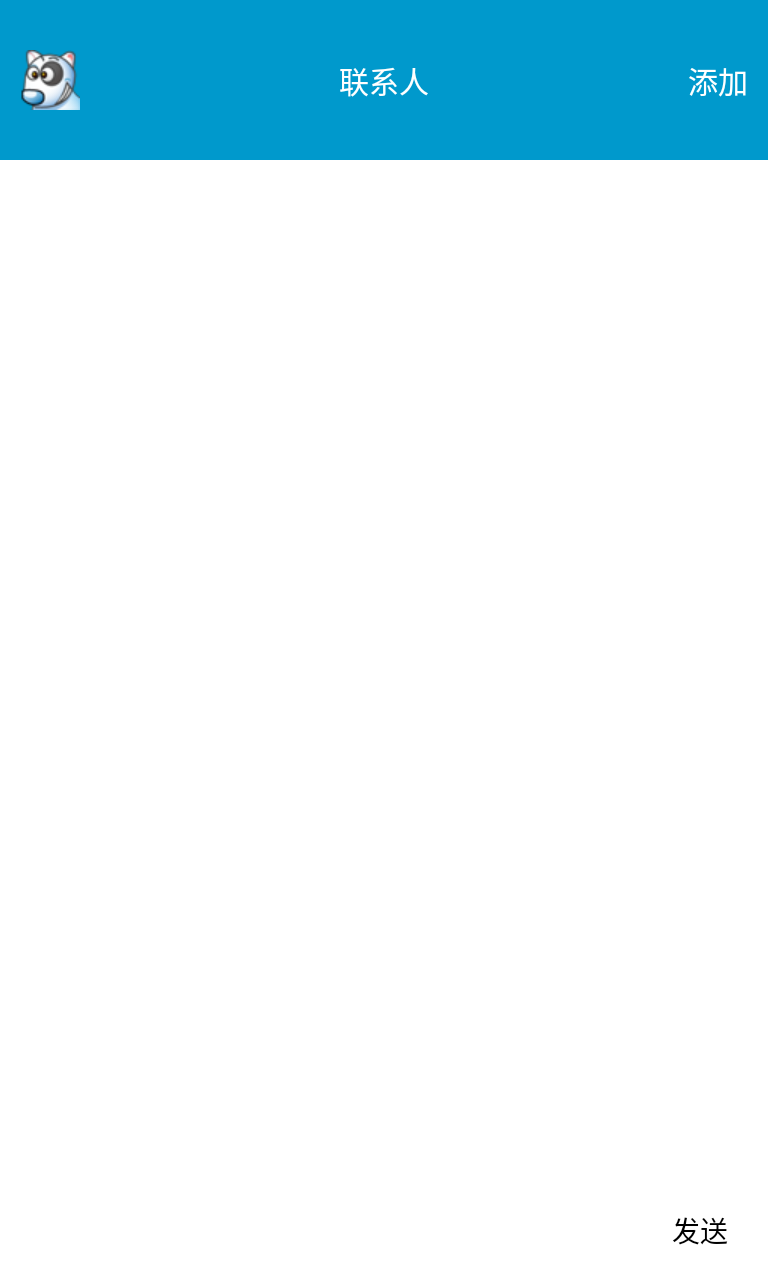
Repository: fanloveoupao/WecharTest
Layout: TestWechar/res/layout/interfce_char.xml
The author's editor kept a copy of each file at every save. The layout is drawn from the files as they stood at one save, then again after a run of saves.
It is drawn on a 768 x 1280 px phone screen (xhdpi) without system bars, with theme AppTheme; the app's code is not run. Lists and similar views that code fills are empty.

Above is the layout before, as saved 2015-10-08 14:55:41.

### TestWechar/res/layout/interfce_char.xml
<?xml version="1.0" encoding="utf-8"?>
<LinearLayout xmlns:android="http://schemas.android.com/apk/res/android"
    android:layout_width="match_parent"
    android:layout_height="match_parent"
    android:background="#FFFFFF"
    android:orientation="vertical" >

    <include
        android:layout_width="fill_parent"
        android:layout_height="wrap_content"
        layout="@layout/include" />

    <FrameLayout
        android:layout_width="match_parent"
        android:layout_height="0dp"
        android:layout_marginTop="10dp"
        android:layout_weight="1" >

        <ListView
            android:id="@+id/msg_list_view"
            android:layout_width="match_parent"
            android:layout_height="match_parent"
            android:layout_marginTop="10dp"
            android:divider="#0000"
            android:listSelector="#FFFFFF" >


        </ListView>
    </FrameLayout>

    <LinearLayout
        android:layout_width="fill_parent"
        android:layout_height="50dp"
        android:gravity="center_vertical"
        android:orientation="horizontal" >

        <EditText
            android:id="@+id/input_text"
            android:layout_width="0dp"
            android:layout_height="wrap_content"
            android:layout_marginLeft="10dp"
            android:layout_marginRight="10dp"
            android:layout_weight="1"
            android:background="@color/white" />

        <TextView
            android:id="@+id/send"
            android:layout_width="wrap_content"
            android:layout_height="wrap_content"
            android:layout_marginRight="20dp"
            android:text="发送"
            android:textColor="#000000" />
    </LinearLayout>

</LinearLayout>

### TestWechar/res/values/styles.xml
<resources>

    <!--
        Base application theme, dependent on API level. This theme is replaced
        by AppBaseTheme from res/values-vXX/styles.xml on newer devices.











    -->
    <style name="AppBaseTheme" parent="android:Theme.Light">
        <!--
            Theme customizations available in newer API levels can go in
            res/values-vXX/styles.xml, while customizations related to
            backward-compatibility can go here.






        -->
    </style>

    <!-- Application theme. -->
    <style name="AppTheme" parent="AppBaseTheme">
        <!-- All customizations that are NOT specific to a particular API-level can go here. -->
    </style>

    <style name="animationmsg">
        <item name="android:windowEnterAnimation">@anim/msg_enter</item>
        <item name="android:windowExitAnimation">@anim/msg_exit</item>
    </style>

</resources>

### TestWechar/res/layout/include.xml
<?xml version="1.0" encoding="utf-8"?>
<LinearLayout xmlns:android="http://schemas.android.com/apk/res/android"
    android:layout_width="match_parent"
    android:layout_height="match_parent"
    android:orientation="vertical" >

    <RelativeLayout
        android:layout_width="fill_parent"
        android:layout_height="80dp"
        android:background="#0099CC"
        android:gravity="center_vertical" >

        <ImageView
            android:layout_width="30dp"
            android:layout_height="30dp"
            android:layout_alignParentLeft="true"
            android:layout_centerVertical="true"
            android:layout_marginLeft="10dp"
            android:src="@drawable/h091" />

        <TextView
            android:id="@+id/title"
            android:layout_width="wrap_content"
            android:layout_height="wrap_content"
            android:layout_centerHorizontal="true"
            android:layout_centerVertical="true"
            android:text="联系人"
            android:textColor="#FFFFFF"
            android:textSize="15dp" />

        <TextView
            android:id="@+id/add"
            android:layout_width="wrap_content"
            android:layout_height="wrap_content"
            android:layout_alignParentRight="true"
            android:layout_centerVertical="true"
            android:layout_marginRight="10dp"
            android:text="添加"
            android:textColor="#FFFFFF"
            android:textSize="15dp" />
    </RelativeLayout>

</LinearLayout>

### TestWechar/res/values/color.xml
<?xml version="1.0" encoding="utf-8"?>
<resources>

    <color name="white">#ffffffff</color>
    <color name="window_bg">#fff0f3f6</color>
    <color name="title_bg">#ff54acea</color>
    <color name="chat_text">#ff333333</color>
    <color name="common_top_bar_blue">#4ebcd3</color>
    <color name="btn_login_normal">#00acff</color>
    <color name="btn_login_pressed">#46678d</color>
    <color name="btn_logout_normal">#d33f3f</color>
    <color name="btn_logout_pressed">#DA5A4D</color>
    <color name="btn_register_normal">#ffffff</color>
    <color name="btn_register_pressed">#00acff</color>
    <color name="common_bottom_bar_normal_bg">#2d2f31</color>
    <color name="common_bottom_bar_selected_bg">#161718</color>
    <color name="common_botton_bar_blue">#2ea7e0</color>
    <color name="common_bg">#fcfcfc</color>
    <color name="btn_pressed_green_solid">#B6DA53</color>
    <color name="divider_list">#d4d4d4</color>
    <color name="top_bar_normal_bg">#00acff</color>
    <color name="error_item_color">#F6EBE6</color>
    <color name="bottom_bar_normal_bg">#2D2F31</color>
    <color name="bottom_text_color_normal">#ffffff</color>
    <color name="btn_white_normal">#f7f8f8</color>
    <color name="btn_white_pressed">#b5b5b6</color>
    <color name="btn_green_noraml">#68C270</color>
    <color name="btn_green_pressed">#6FCD78</color>
    <color name="btn_gray_normal">#c0c0c0</color>
    <color name="btn_gray_pressed_status">#b5b5b6</color>
    <color name="btn_gray_pressed">#666667</color>
    <color name="btn_blue_normal">#1e90ff</color>
    <color name="btn_blue_pressed">#0066FF</color>
    <color name="orange">#FFA500</color>
    <color name="gray_pressed">#b5b5b6</color>
    <color name="gray_normal">#666667</color>
    <color name="grid_state_pressed">#1Affffff</color>
    <color name="grid_state_focused">#80000000</color>
    <color name="voip_interface_text_color">#bababa</color>
    <color name="black_deep">#FF000000</color>
    <color name="btn_answer_pressed">#4ebcd3</color>
    <color name="btn_answer_normal">#2dafa3</color>

</resources>

Loaded but not shown: TestWechar/res/values-v11/styles.xml (common file); TestWechar/res/values-v14/styles.xml (common file)

After the next 3 saves:
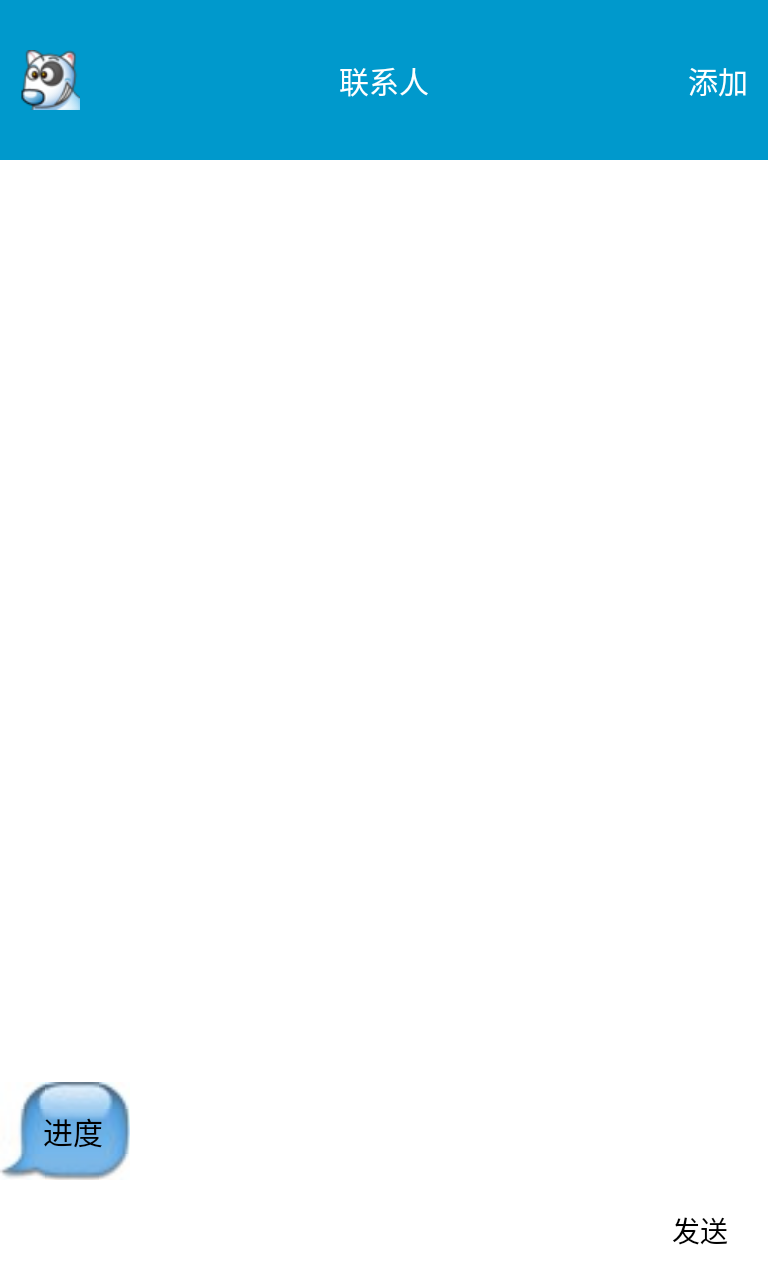
The 3 saves are shown as one change because 2 did not build or start.
The last was saved 3 min 10 s later.
--- a/TestWechar/res/layout/interfce_char.xml
+++ b/TestWechar/res/layout/interfce_char.xml
@@ -10,23 +10,24 @@
         android:layout_height="wrap_content"
         layout="@layout/include" />
 
-    <FrameLayout
+    <ListView
+        android:id="@+id/msg_list_view"
         android:layout_width="match_parent"
         android:layout_height="0dp"
         android:layout_marginTop="10dp"
-        android:layout_weight="1" >
+        android:layout_weight="1"
+        android:divider="#0000"
+        android:listSelector="#FFFFFF" >
+    </ListView>
 
-        <ListView
-            android:id="@+id/msg_list_view"
-            android:layout_width="match_parent"
-            android:layout_height="match_parent"
-            android:layout_marginTop="10dp"
-            android:divider="#0000"
-            android:listSelector="#FFFFFF" >
-
-
-        </ListView>
-    </FrameLayout>
+    <TextView
+        android:id="@+id/total"
+        android:layout_width="wrap_content"
+        android:layout_height="wrap_content"
+        android:background="@drawable/message_left"
+        android:text="进度"
+        android:textColor="@color/black_deep"
+        android:textSize="15dp" />
 
     <LinearLayout
         android:layout_width="fill_parent"

After the save that followed:
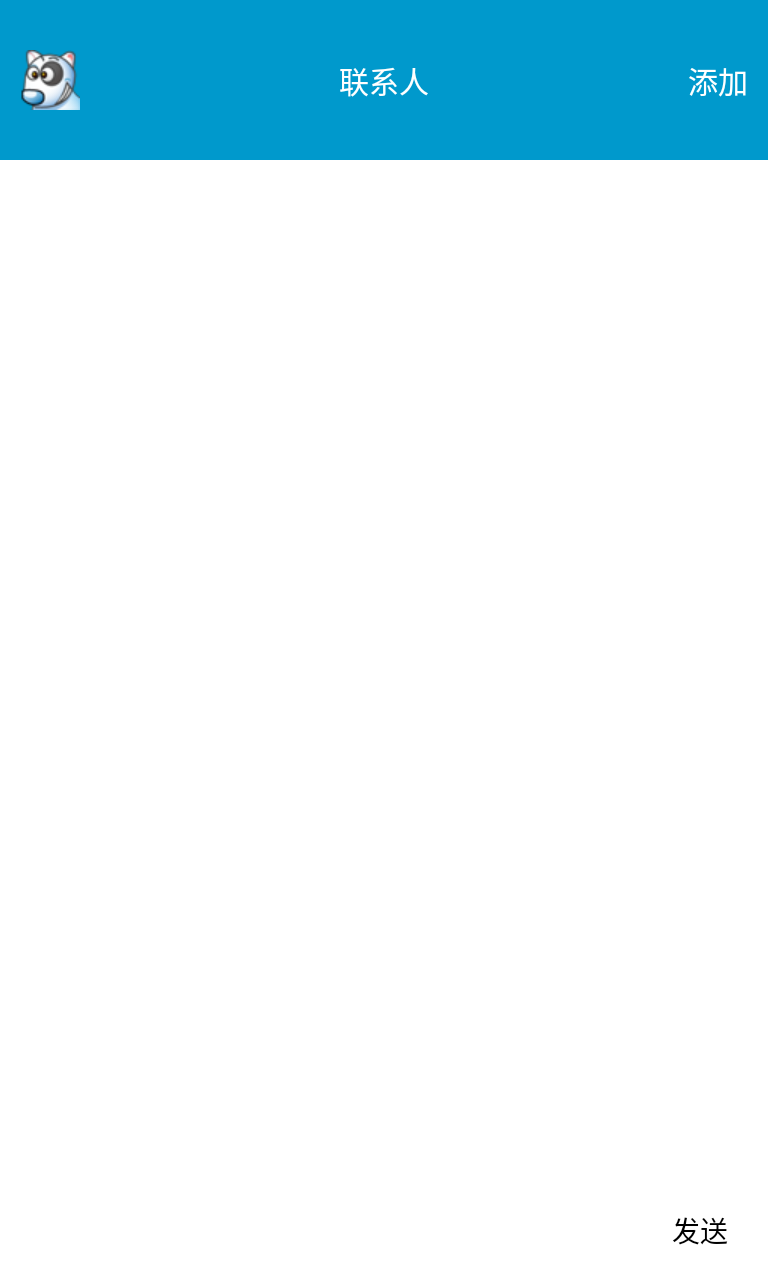
Saved 56 s later.
--- a/TestWechar/res/layout/interfce_char.xml
+++ b/TestWechar/res/layout/interfce_char.xml
@@ -19,15 +19,6 @@
         android:divider="#0000"
         android:listSelector="#FFFFFF" >
     </ListView>
-
-    <TextView
-        android:id="@+id/total"
-        android:layout_width="wrap_content"
-        android:layout_height="wrap_content"
-        android:background="@drawable/message_left"
-        android:text="进度"
-        android:textColor="@color/black_deep"
-        android:textSize="15dp" />
 
     <LinearLayout
         android:layout_width="fill_parent"
